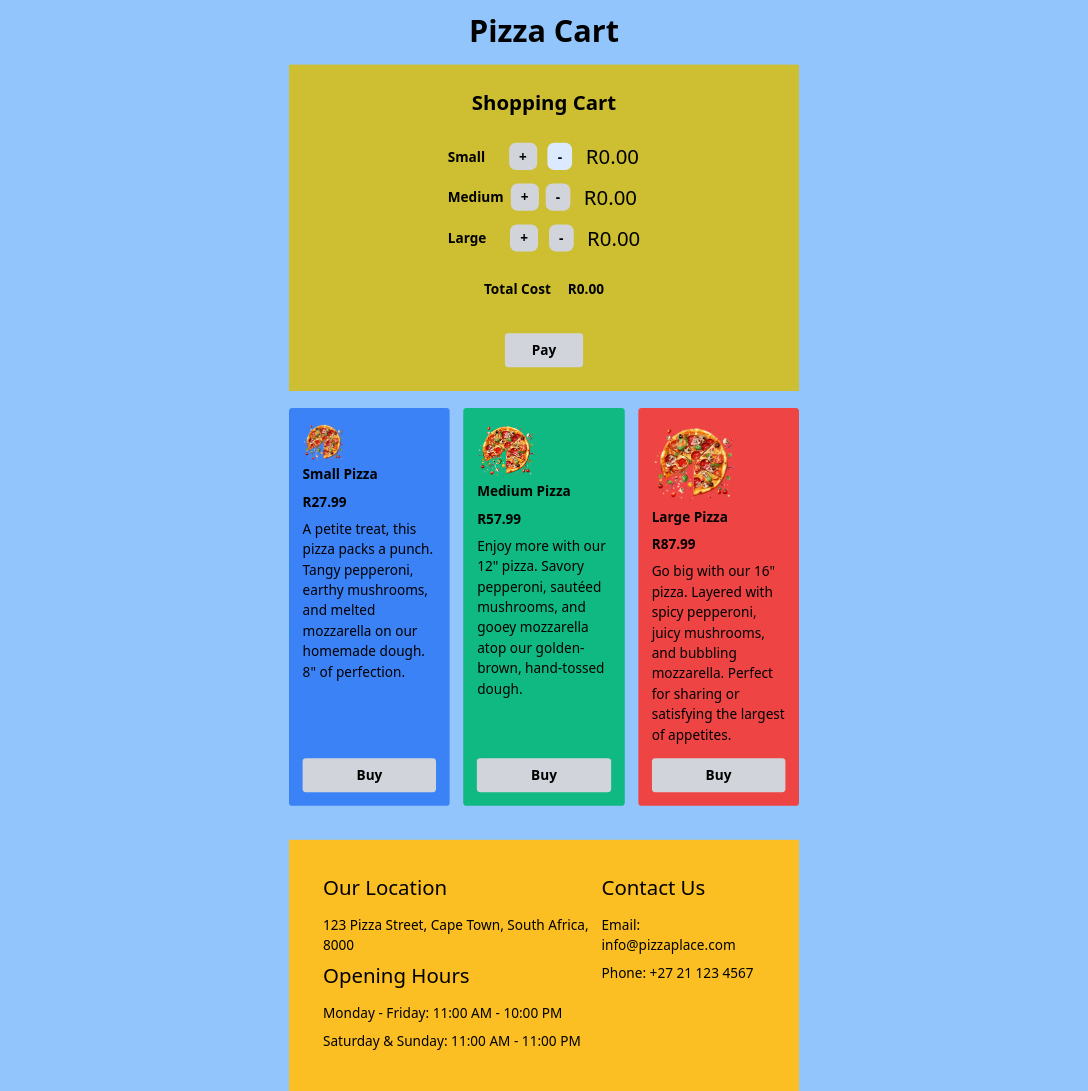
Repository: lasity34/pizza_cart
Page: index.html
These files come from the project's save history. The page is drawn as it stood at one moment and after the next save; the edit follows.
The browser window is 1280 px wide. The pictures show the whole page, at 85% of full size.
Some web libraries are served in a nearby version.

Above is the page before, as saved 2023-07-12 08:55:31.

After the next save:
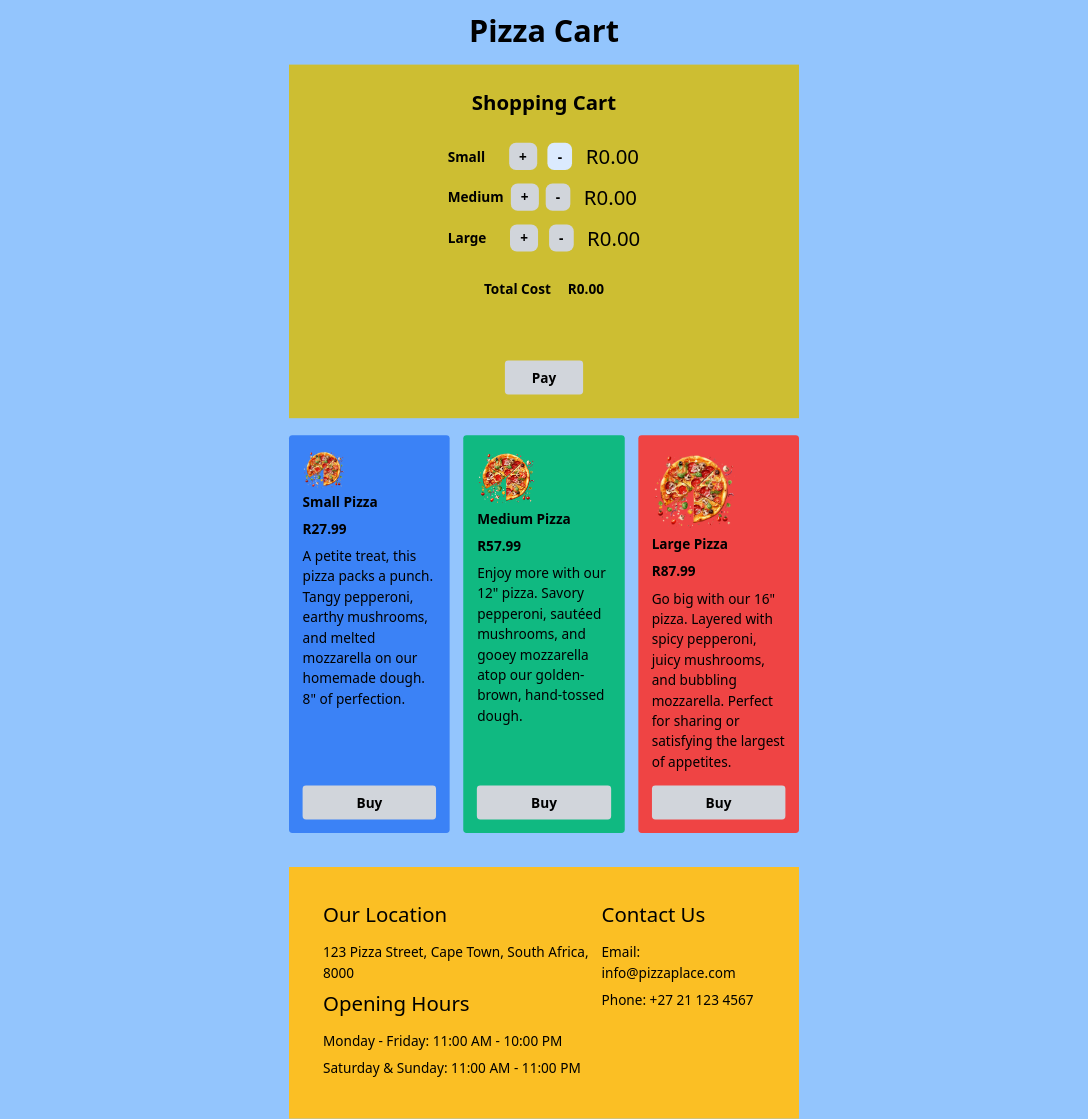
Saved 116 s later.
--- a/index.html
+++ b/index.html
@@ -92,8 +92,9 @@
           <p class="ml-5 font-bold">R<span x-text="total().toFixed(2)">0.00</span></p>
         </div>
         <div class="mt-4">
-          <p class="text-red-600 font-bold" x-text="payMessage"></p>
-        </div>
+          <p class="text-red-600 font-bold text-lg underline my-3 py-1" x-text="payMessage"></p>
+        </div>
+
         <div class="mt-4" x-show="total() !== 0" x-cloak>
           <label class="font-bold">Payment Amount:</label>
           <input placeholder="Enter payment here" type="number" step="0.01" class="rounded ml-2 py-2" x-model="paymentAmount" />
